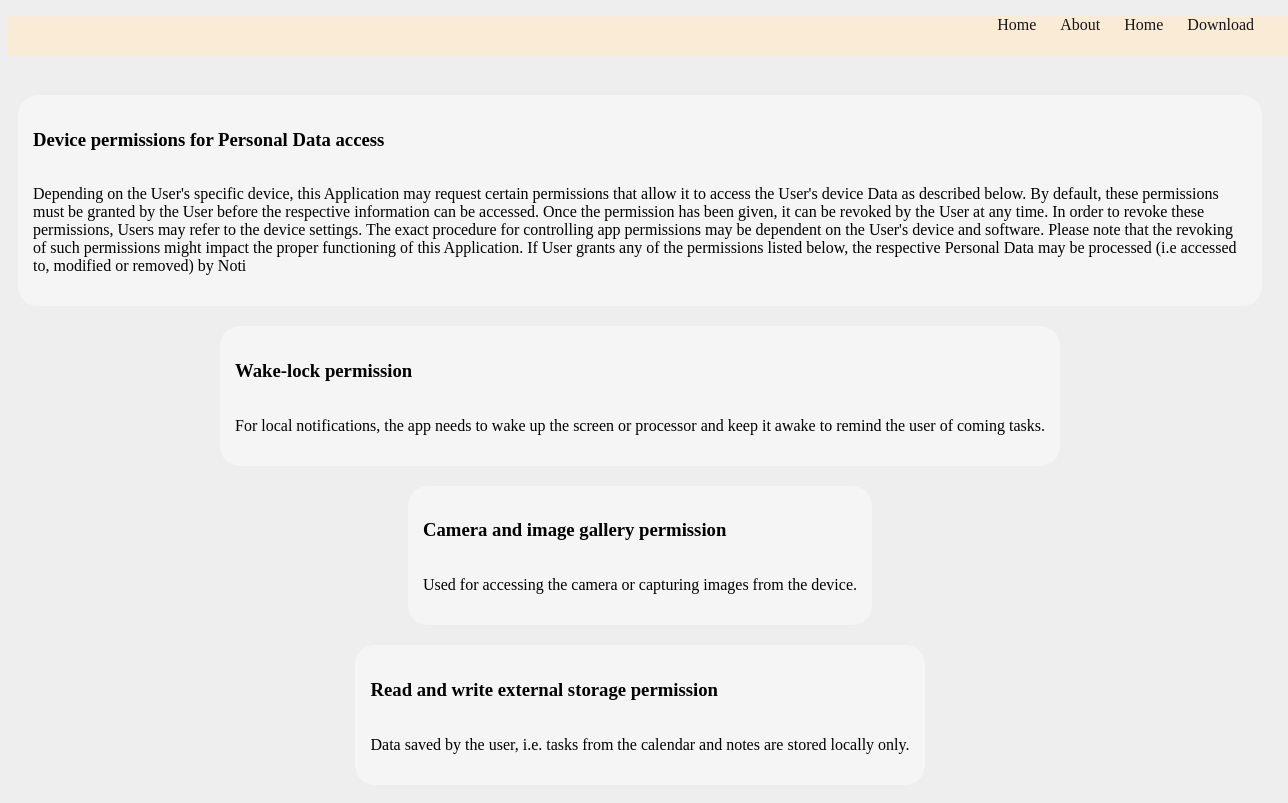
Repository: RafalSiuta/notiweb
Page: policy.html
These files come from the project's save history. The page is drawn as it stood at one moment and after the next save; the edit follows.
The browser window is 1280 px wide. The page is 1288 px wide, so the pictures cover 1288 px, including what lies to the right of the window. The pictures show the whole page.

Above is the page before, as saved 2024-12-15 01:52:02.

### policy.html
<!DOCTYPE html>
<!--[if lt IE 7]>      <html class="no-js lt-ie9 lt-ie8 lt-ie7"> <![endif]-->
<!--[if IE 7]>         <html class="no-js lt-ie9 lt-ie8"> <![endif]-->
<!--[if IE 8]>         <html class="no-js lt-ie9"> <![endif]-->
<!--[if gt IE 8]>      <html class="no-js"> <!--<![endif]-->
<html>
    <head>
        <meta charset="utf-8">
        <meta http-equiv="X-UA-Compatible" content="IE=edge">
        <title>Noti privacy policy</title>
        <meta name="Noti mobile app privacy policy" content="">
        <meta name="viewport" content="width=device-width, initial-scale=1">
        <link rel="stylesheet" href="/styles/styles.css">
    </head>
    <body>
        <nav>
            <ul>
                <li><a href="index.html">Home</a></li>
                <li><a href="index.html">About</a></li>
                <li><a href="index.html">Home</a></li>
                <li><a href="index.html">Download</a></li>
            </ul>
        </nav>
        <header>
            <h1>Privacy policy</h1>
        </header>
        <div class="main">
            <div class="item">
                <h3>Device permissions for Personal Data access</h3>
                <p>Depending on the User's specific device, this Application may request certain permissions that allow it to access the
                    User's device Data as described below.
                    By default, these permissions must be granted by the User before the respective information can be accessed. Once
                    the
                    permission has been given, it can be revoked by the User at any time. In order to revoke these permissions, Users
                    may
                    refer to the device settings.
                    The exact procedure for controlling app permissions may be dependent on the User's device and software.
                    Please note that the revoking of such permissions might impact the proper functioning of this Application.
                    If User grants any of the permissions listed below, the respective Personal Data may be processed (i.e accessed to,
                    modified or removed) by Noti</p>
            </div>
            <div class="item">
                <h3>Wake-lock permission</h3>
                <p>For local notifications, the app needs to wake up the screen or processor and keep it awake to remind the user of coming
                tasks.</p>
            </div>
            <div class="item">
                <h3>Camera and image gallery permission</h3>
                <p>Used for accessing the camera or capturing images from the device.</p>
            </div>
            <div class="item">
                <h3>Read and write external storage permission</h3>
                <p>Data saved by the user, i.e. tasks from the calendar and notes are stored locally only.</p>
            </div>
        </div>


        <script src="" async defer></script>
    </body>
</html>

### styles/styles.css
@font-face {
    font-family: "Exo-medium";
    src:url("fonts/Exo2-Medium.ttf") format("ttf");
    font-family: "Exo-black";
    src: url("fonts/Exo2-Black.ttf") format("ttf");

}
body {
    background-color: #EEEEEE;

}

nav ul{
    width: 95vw;
    height: 40px;
    top: 0;
    padding-right:50px;
    background-color: antiquewhite;
    position: fixed;
    text-align: right;
}
ul{

}
li{
    display: inline;
    margin: 10px;
}
a {
    color: #161616;
    font-size: 1em;
    text-decoration: none;
    font-family: "Exo-medium";
    z-index: 2;
}
.main{
    display: flex;
    flex-direction: column;
    align-items: center;

}

h1{
    font-family: "Exo-black";
    font-size: 1.2em;
    color: #161616;
}

section{
    width: 100vw;
    height: 100vh;
    display: flex;
    justify-content: center;
    align-items: center;
}
footer{
    bottom: 0;
    height: 50px;
    width: 100vw;
    background-color: aqua;
    position: fixed;
    text-align: center;
}
.policy-link{
    font-family: "Exo-medium";
    font-size: 1em;
    color: #161616;
    padding: 5px;
}
.item {
    display: flex;
    flex-direction: column;
    text-align: left;
    margin: 10px;
    background-color: #f5f5f5;
    padding: 15px;
    border-radius: 20px;
}
header{
    width: 100vw;
    height: 10vh;
    text-align: left;

}

After the next save:
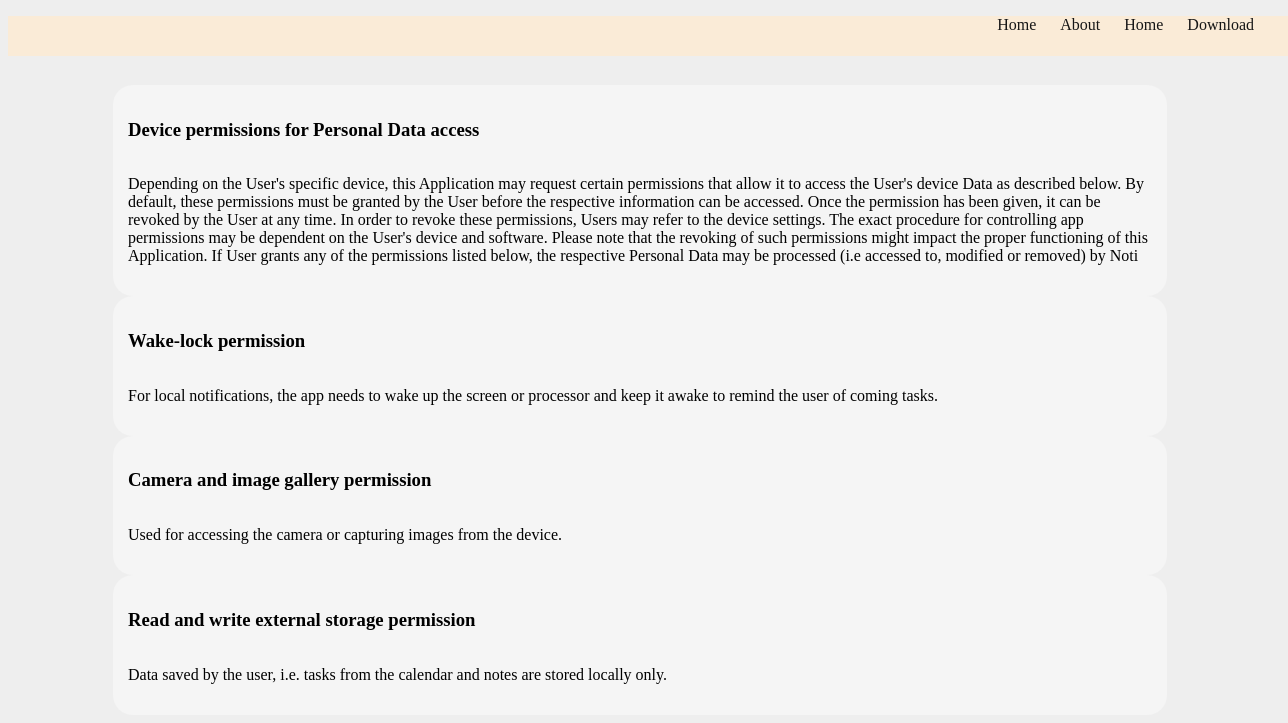
Saved 77 s later.
--- a/styles/styles.css
+++ b/styles/styles.css
@@ -19,9 +19,7 @@
     position: fixed;
     text-align: right;
 }
-ul{
 
-}
 li{
     display: inline;
     margin: 10px;
@@ -70,8 +68,9 @@
 .item {
     display: flex;
     flex-direction: column;
+    width: 80vw;
     text-align: left;
-    margin: 10px;
+    margin: auto;
     background-color: #f5f5f5;
     padding: 15px;
     border-radius: 20px;
